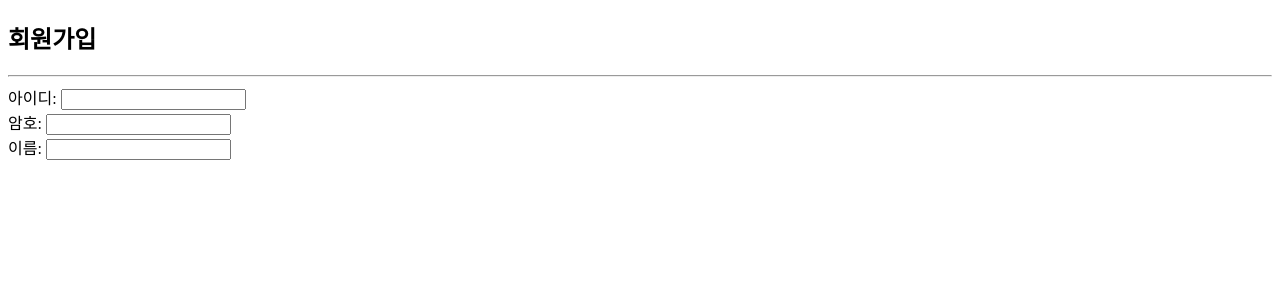
Repository: Jin0207/jsp
Page: http://localhost/day1213/inputMember.jsp
An editor plug-in stored every save of this project. The page is shown before and after a run of saves, followed by the edit.
The browser window is 1280 px wide. The pictures show the whole page.
The page is served by Tomcat 9.

Above is the page before, as saved 2021-12-13 06:11:09.

After the next 2 saves:
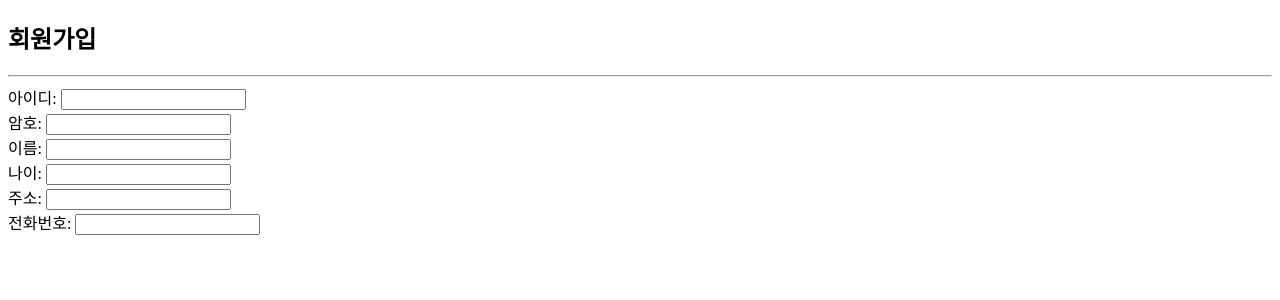
The 2 saves are shown as one change because they came seconds apart.
The last was saved 65 s later.
--- a/day1213/src/main/webapp/inputMember.jsp
+++ b/day1213/src/main/webapp/inputMember.jsp
@@ -12,7 +12,10 @@
 	<form action="inputMemberOK.jsp" method="post">
 		아이디: <input type="text" name="id"><br>
 		암호: <input type="password" name="pwd"><br>
-		이름: <input type="text" name="name">
+		이름: <input type="text" name="name"><br>
+		나이: <input type="number" name="age"><br>
+		주소: <input type="text" name="addr"><br>
+		전화번호: <input type="tel" name="phone"><br>
 
 	</form>
 </body>
